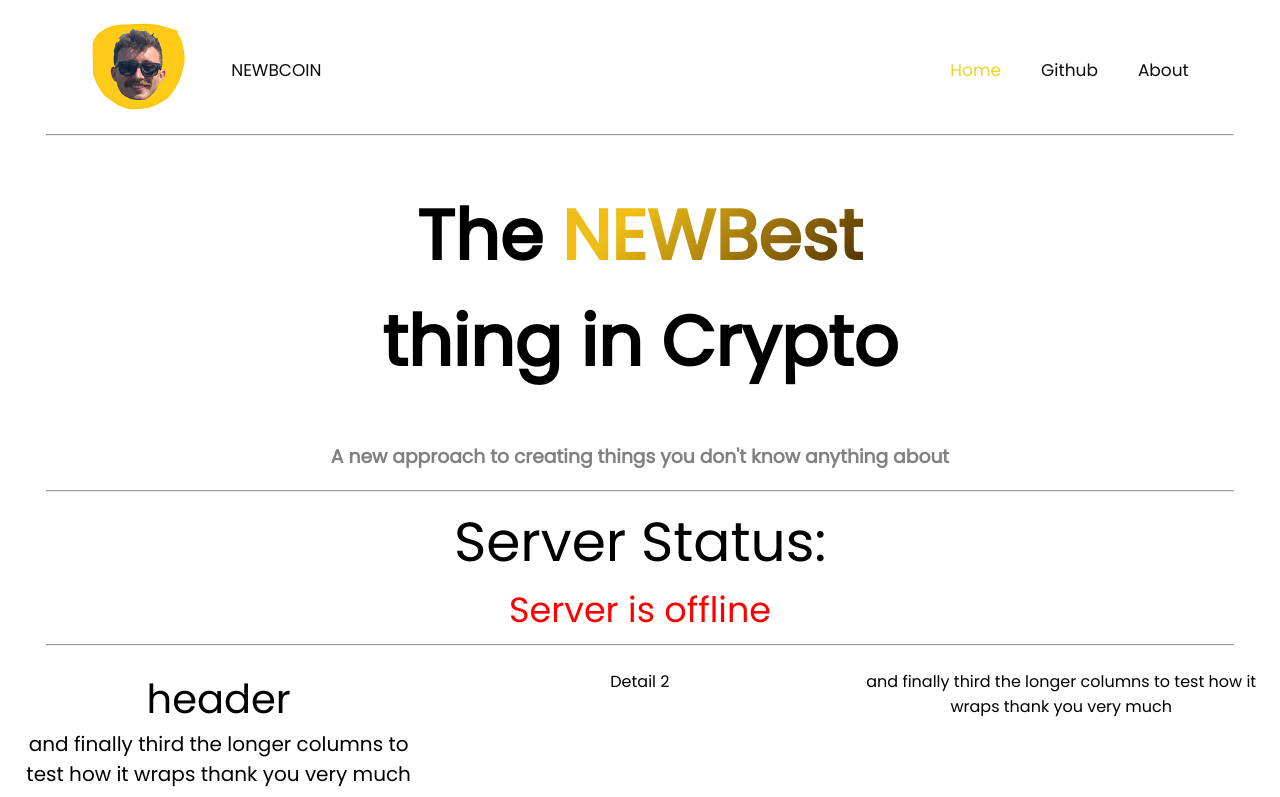
Repository: heartcut/NEWBCOINsite
Page: index.html
These files come from the project's save history. The page is drawn as it stood at one moment and after the next save; the edit follows.
The browser window is 1280 px wide. The pictures show the whole page.
The page's requests for data from a server got no answer.

Above is the page before, as saved 2022-02-09 02:17:36.

After the next save:
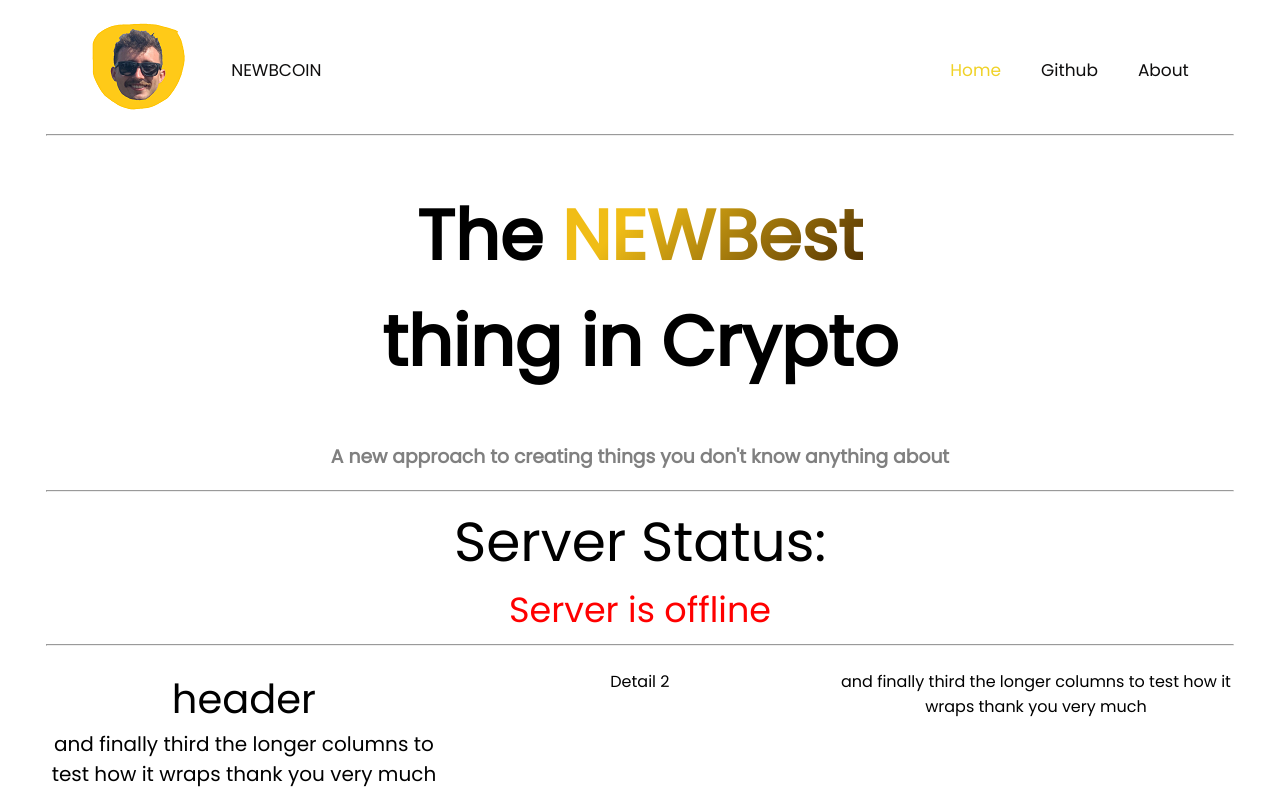
Saved 21 s later.
--- a/index.html
+++ b/index.html
@@ -58,7 +58,7 @@
 
     <hr style="margin-left: 3%;margin-right: 3%;color:rgb(168, 168, 163)">
 
-    <div class="featuresrow" style="text-align: center;padding-top: 15px;">
+    <div class="featuresrow" style="text-align: center;padding-top: 15px;margin-left: 3%;margin-right: 3%;">
         <div class="featurescolumn">
             <div style="font-size: 40px;">header</div>
             <div style="font-size: 20px;">and finally third the longer columns to test how it wraps thank you very much
